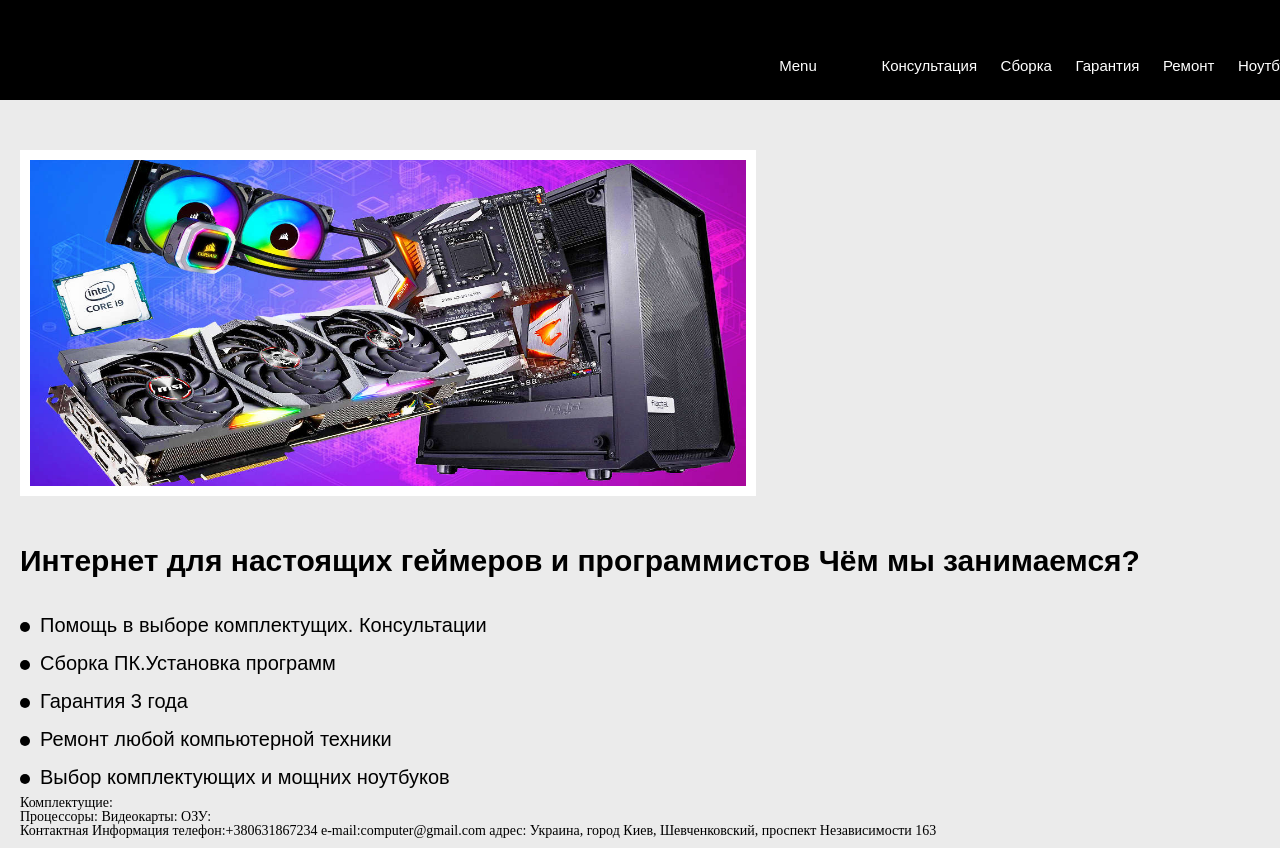
Repository: Bohdan-Sandovenko/First-Project-Flex
Page: index.html
These files come from the project's save history. The page is drawn as it stood at one moment and after the next save; the edit follows.
The browser window is 1280 px wide. The pictures show the whole page.
The style sheet was rebuilt from its Sass, Less or Tailwind sources for each picture, by a compiler version that may differ from the author's.

Above is the page before, as saved 2024-07-26 23:58:15.

After the next save:
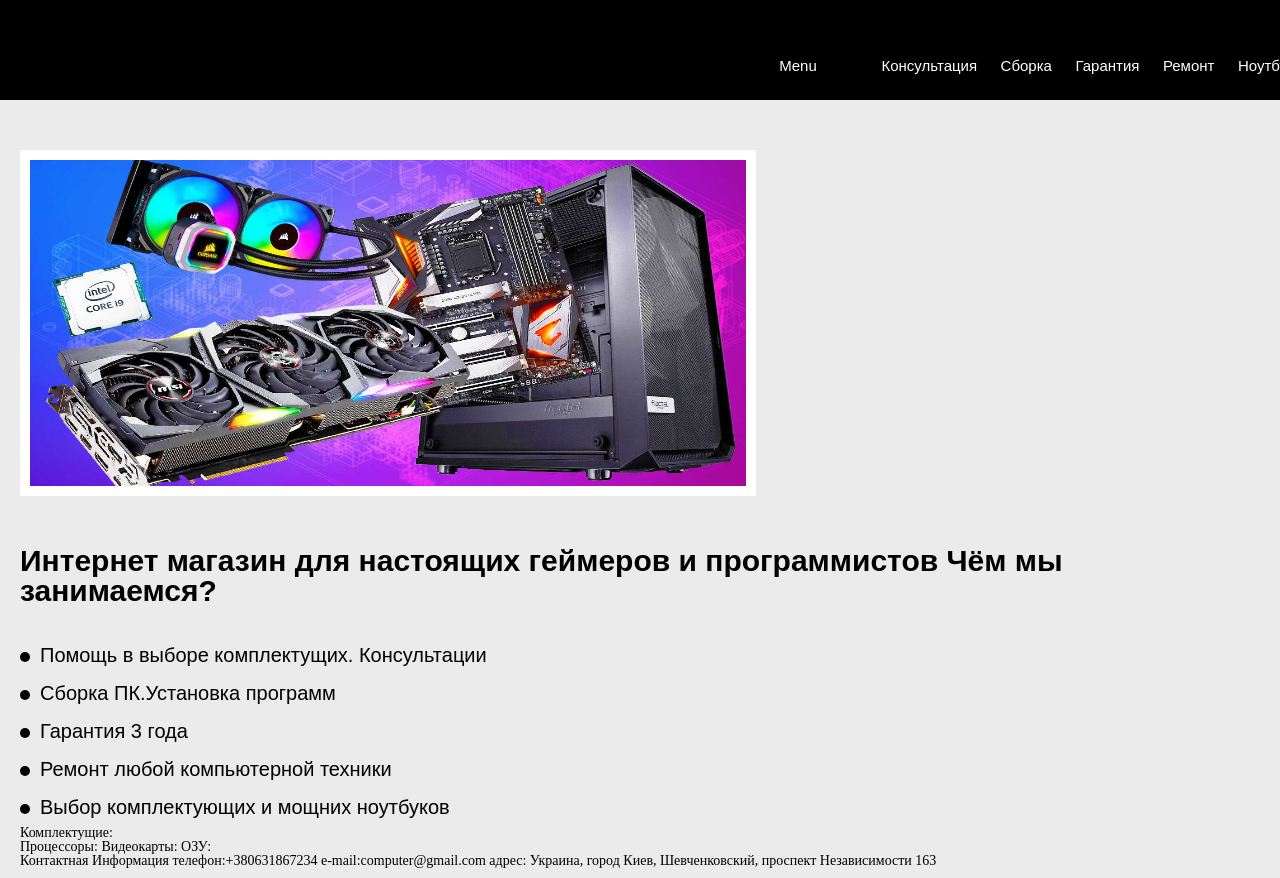
Saved 39 s later.
--- a/index.html
+++ b/index.html
@@ -22,7 +22,7 @@
             <div class="content-top-image-block">
                 <img src="images/first images.jpg" alt="sorry" class="content-top-image">
             </div>
-            <span class="content-top-text-inside">Интернет для настоящих геймеров и программистов
+            <span class="content-top-text-inside">Интернет магазин для настоящих геймеров и программистов
             Чём мы занимаемся?</span>
             <ul class="content-top-list">
                 <li>Помощь в выборе комплектущих. Консультации</li>
